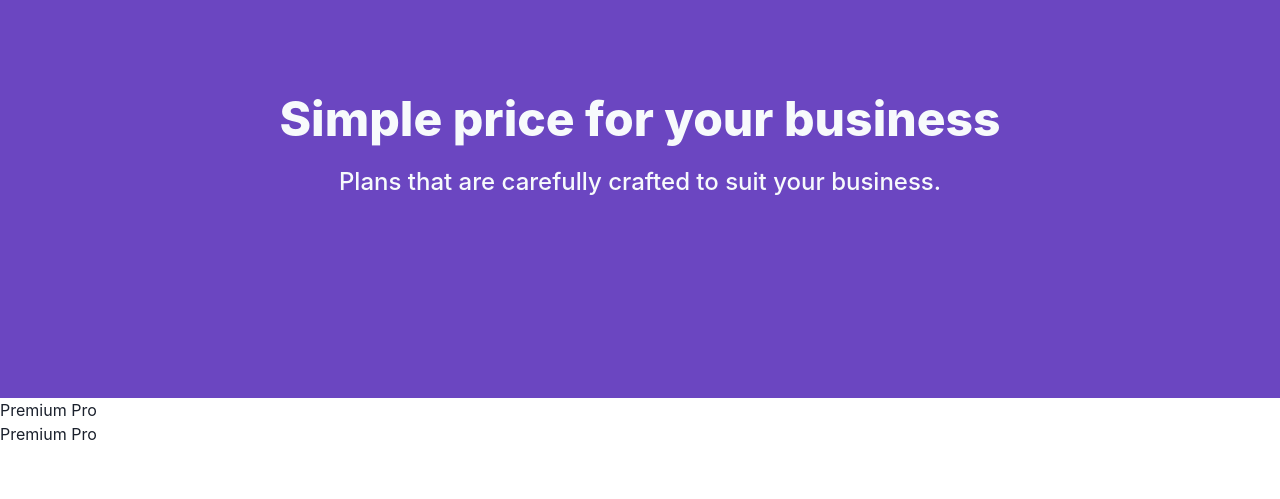
Repository: noutijo/learn-in-depth-chakra-ui
Page: /
An editor plug-in stored every save of this project. The page is shown before and after a run of saves, followed by the edit.
The browser window is 1280 px wide. The pictures show the whole page.
The project was rebuilt for these pictures with package versions that can differ from the ones it lists, and the page was loaded fresh each time. Also part of the build but not shown: vite.config.ts.

Above is the page before, as saved 2023-01-30 15:28:12.

### src/main.tsx
import React from 'react'
import ReactDOM from 'react-dom/client'
import App from './App'
import { ChakraProvider } from "@chakra-ui/react"

ReactDOM.createRoot(document.getElementById('root') as HTMLElement).render(
  <ChakraProvider>
  <React.StrictMode>
    <App />
  </React.StrictMode>
  </ChakraProvider>,
)

### src/App.tsx
//import './App.css'
import "./App.css";
import { Box, Flex, Stack, VStack, HStack } from "@chakra-ui/react";
import { Header  } from "./components/Header";
import { Pricing } from "./components/Pricing";

export default function App() {
  return (
    <div className="App">
      <Box>
        <Header />
        <Pricing />
      </Box>
    </div>
  );
}

### src/App.css
#root {
  max-width: 1280px;
  margin: 0 auto;
  text-align: center;
}

.logo {
  height: 6em;
  padding: 1.5em;
  will-change: filter;
}
.logo:hover {
  filter: drop-shadow(0 0 2em #646cffaa);
}
.logo.react:hover {
  filter: drop-shadow(0 0 2em #61dafbaa);
}

@keyframes logo-spin {
  from {
    transform: rotate(0deg);
  }
  to {
    transform: rotate(360deg);
  }
}

@media (prefers-reduced-motion: no-preference) {
  a:nth-of-type(2) .logo {
    animation: logo-spin infinite 20s linear;
  }
}

.card {
  padding: 2em;
}

.read-the-docs {
  color: #888;
}

### src/components/Header.tsx
//import './App.css'
import { Box, Heading, Text, Flex } from "@chakra-ui/react";

export function Header() {
  return (
    <Box as="section" color="#F7FAFC" bg="#6b46c1" pt="90px" pb="198px" px="32px">
      <Heading fontWeight={800} fontSize={"48px"}>
        Simple price for your business
      </Heading>
      <Text fontWeight={500} fontSize={"24px"} mt="16px">
        Plans that are carefully crafted to suit your business.
      </Text>
    </Box>
  );
}

### src/components/Pricing.tsx
//import './App.css'
import { Box, Heading, Text, Flex } from "@chakra-ui/react";

export function Pricing() {
  return (
    <Box>
      <Flex>
        <Box>
            <Text>Premium Pro</Text>
            <Text>Premium Pro</Text>
        </Box>
        <Box></Box>
      </Flex>
    </Box>
  );
}

Loaded but not shown: index.html (common file)

After the next 3 saves:
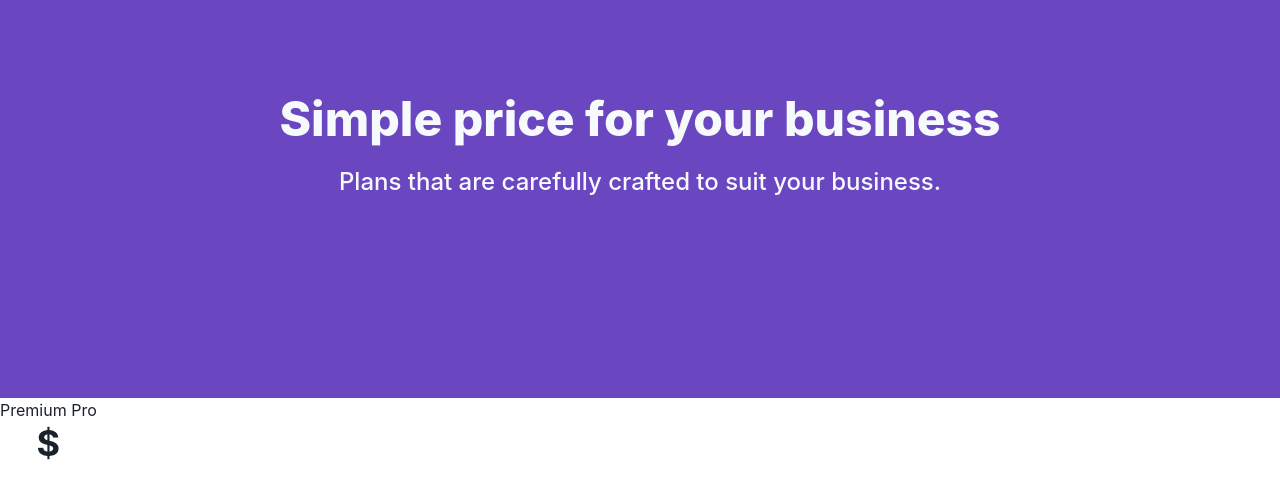
The 3 saves are shown as one change because they came seconds apart.
The last was saved 10 s later.
--- a/src/components/Pricing.tsx
+++ b/src/components/Pricing.tsx
@@ -7,7 +7,7 @@ export function Pricing() {
       <Flex>
         <Box>
             <Text>Premium Pro</Text>
-            <Text>Premium Pro</Text>
+            <Heading>$</Heading>
         </Box>
         <Box></Box>
       </Flex>
